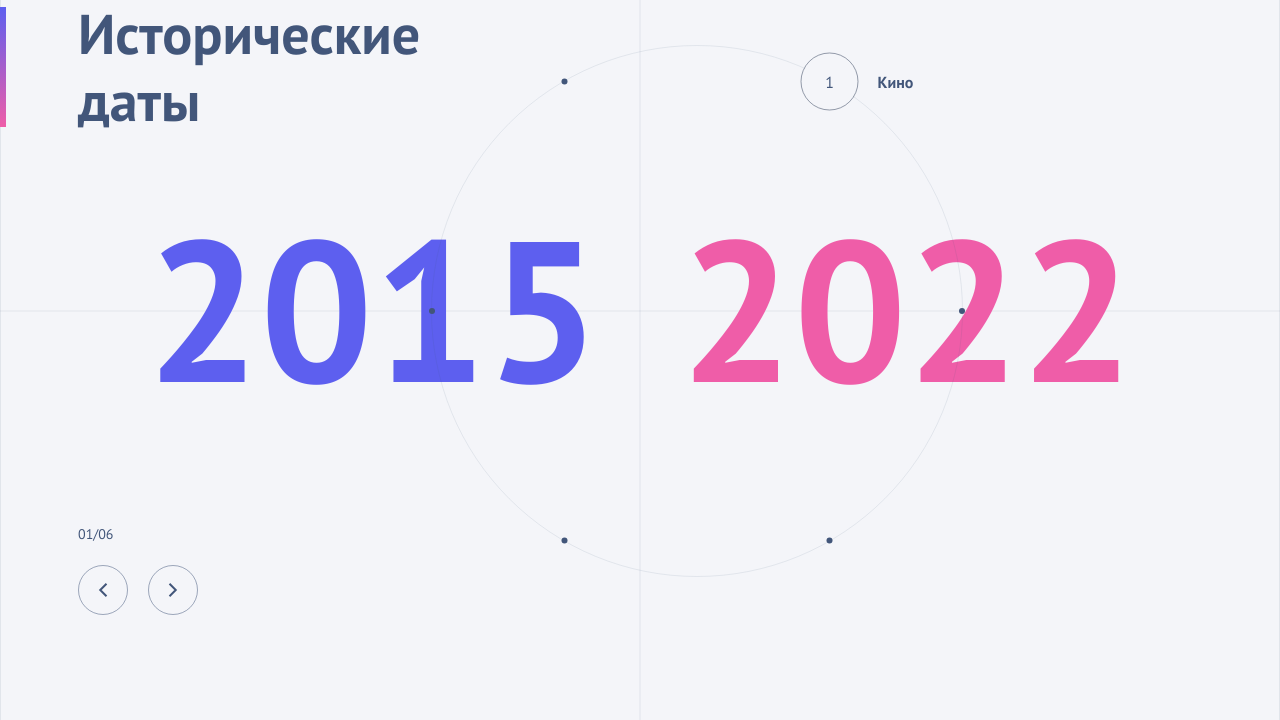
Repository: LenarTulupov/only
Page: /
These files come from the project's save history. The page is drawn as it stood at one moment and after the next save; the edit follows.
The browser window is 1280 px wide. The pictures show the whole page.
The project was rebuilt for these pictures with package versions that can differ from the ones it lists, and the page was loaded fresh each time.

Above is the page before, as saved 2024-12-17 19:01:07.

### public/index.html
<!DOCTYPE html>
<html lang="en">
  <head>
    <meta charset="utf-8" />
    <link rel="icon" href="%PUBLIC_URL%/favicon.ico" />
    <meta name="viewport" content="width=device-width, initial-scale=1" />
    <meta name="theme-color" content="#000000" />
    <meta
      name="description"
      content="Web site created using create-react-app"
    />
    <link rel="apple-touch-icon" href="%PUBLIC_URL%/logo192.png" />
    <link rel="manifest" href="%PUBLIC_URL%/manifest.json" />
    <title>Only Test</title>
  </head>
  <body>
    <noscript>You need to enable JavaScript to run this app.</noscript>
    <div id="root"></div>
  </body>
</html>

### src/index.tsx
import React from 'react';
import ReactDOM from 'react-dom/client';
import Router from './router/router';
import './globals.scss'

const root = ReactDOM.createRoot(
  document.getElementById('root') as HTMLElement
);
root.render(
  <React.StrictMode>
    <Router />
  </React.StrictMode>
);

### src/router/router.tsx
import { BrowserRouter, Route, Routes } from "react-router-dom";
import HomePage from "../pages/home/page";
import PagesLayout from "../layouts/pages-layout";

export default function Router() {
  return (
    <BrowserRouter>
      <Routes>
        <Route element={<PagesLayout />}>
          <Route path="/" element={<HomePage />} />
        </Route>
      </Routes>
    </BrowserRouter>
  )
};

### src/globals.scss
@import url('https://fonts.googleapis.com/css2?family=Bebas+Neue&family=PT+Sans:wght@400;700&display=swap');

:root {
  --background-color: #F4F5F9;
  --main-color: #42567a;
  --main-color-rgba: rgba(66, 86, 122, 0.5);
  --accent-color: #5D5FEF;
  --accent-second: #EF5DA8;
  --font-main: "PT Sans", serif;
  --font-second: "Bebas Neue", serif;
  --line-height: 150%;
  --font-size-main: 56px;
  --font-size-small: 14px;
  --font-size-big: 200px;
}
body {
  margin: 0;
  padding: 0;
  background-color: var(--background-color);
  color: var(--black-color);
  font-family: var(--font-main);
  line-height: var(--line-height);
}
ul {
  padding: 0;
  margin: 0;
}

li {
  list-style-type: none;
}

a {
  color: var(--black-color);
  text-decoration: none;
}

h1 {
  margin: 0;
}

### src/pages/home/page.tsx
import Container from "../../components/ui/container/container";
import Divider from "../../components/ui/divider/divider";
import HistorySection from "./history/history";
import styles from './page.module.scss';

export default function HomePage() {
  return (
    <div className={styles['home-page']}>
      <Container>
        <div className={styles['home-page__wrapper']}>
          <Divider
            position="vertical"
            className={styles.divider_vertical}
          />
          <HistorySection />
        </div>
      </Container>
    </div>
  )
};

### src/layouts/pages-layout.tsx
import { Outlet } from 'react-router-dom';
import styles from './pages-layout.module.scss';

export default function PagesLayout() {
  return (
    <div className={styles['pages-layout']}>
      <Outlet />
    </div>
  )
};

### src/components/ui/container/container.tsx
import { ReactNode } from "react"
import styles from './container.module.scss';

interface IContainer {
  children: ReactNode;
}

export default function Container({ children }: IContainer) {
  return (
    <div className={styles.container}>
      {children}
    </div>
  )
};

### src/components/ui/divider/divider.tsx
import styles from './divider.module.scss';

interface IDivider {
  position?: 'horizontal' | 'vertical';
  className?: string;
}

export default function Divider({
  position = 'horizontal', className }: IDivider) {
  return <div className={`
    ${styles.divider}
    ${styles[`divider_${position}`]}
    ${className || ''}
  `}/>
};

### src/pages/home/history/history.tsx
import { useState } from 'react';
import Divider from '../../../components/ui/divider/divider';
import Title from '../../../components/ui/title/title';
import Circle from './circle/circle';
import Dates from './dates/dates';
import HistorySlider from './history-slider/history-slider';
import styles from './history.module.scss';
import StepNavigation from './step-navigation/step-navigation';
import { circleItems } from '../../../constants/circle-items';

export default function HistorySection() {
  const [activeButton, setActiveButton] = useState<number>(1);
  const activeCategory = circleItems.find((item) => item.id === activeButton);
  const firstDate = activeCategory?.events.map((event) => event.year[0]);
  const lastDate = activeCategory?.events.map((event) => event.year[-1]);


  return (
    <section className={styles.history}>
      <div className={styles.history__content}>
        <div className={styles['history__content-col-1']}>
          <Title className={styles.history__title} showBefore>
            Исторические даты
          </Title>
          <StepNavigation
            className={styles['step-navigation']}
            activeButton={activeButton}
            setActiveButton={setActiveButton}
          />
        </div>
        <Circle
          className={styles.circle}
          activeButton={activeButton}
          setActiveButton={setActiveButton}
        />
        <Divider
          position="horizontal"
          className={styles.divider_horizontal}
        />
        <Dates className={styles.dates} firstDate={firstDate} lastDate={lastDate}/>
      </div>
      <HistorySlider /* activeCategory={activeCategory} */ className={styles['history-slider']} />
    </section>
  )
};

### src/pages/home/page.module.scss
.home-page {
  &__wrapper {
    position: relative;
    min-height: 100vh;
    .divider_vertical {
      position: absolute;
      top: 0;
      left: 50%;
      transform: translateX(-50%);
      z-index: -10;
    }
  }

  /* Линия слева */
  &__wrapper::before {
    content: "";
    position: absolute;
    top: 0;
    bottom: 0;
    left: 0;
    width: 1px;
    background-color: var(--main-color);
    opacity: 0.1;
  }

  /* Линия справа */
  &__wrapper::after {
    content: "";
    position: absolute;
    top: 0;
    bottom: 0;
    right: 0;
    width: 1px;
    background-color: var(--main-color);
    opacity: 0.1;
  }
  /* Линий по центру горизонтальная */

  /* Линий по центру вертикальная */
}

### src/components/ui/container/container.module.scss
.container {
  max-width: 1440px;
  margin: 0 auto;
}

### src/components/ui/divider/divider.module.scss
.divider {
  background-color: var(--main-color);
  opacity: 0.1;
  &_horizontal {
    width: 100%;
    height: 1px;
  }
  &_vertical {
    width: 1px;
    height: 100%;
  }
}

### src/components/ui/title/title.tsx
import { ReactNode } from 'react';
import styles from './title.module.scss';

interface ITitle {
  children: ReactNode;
  className?: string;
  color?: 'main' | 'blue' | 'pink';
  size?: 'main' | 'small'| 'big';
  showBefore?: boolean;
}

export default function Title({
  children,
  className,
  color = 'main',
  size = 'main',
  showBefore = false }: ITitle) {
  return (
    <h1
      className={`
        ${styles.title}
        ${className || ''}
        ${styles[`title__color-${color}`]}
        ${styles[`title__size-${size}`]}
        ${showBefore ? styles['title_before'] : ''}
      `}>
      {children}
    </h1>
  )
};

### src/pages/home/history/circle/circle.tsx
import { useEffect, useRef, Dispatch, SetStateAction } from 'react';
import { gsap } from 'gsap';
import { circleItems } from '../../../../constants/circle-items';
import styles from './circle.module.scss';

interface ICircle {
  className?: string;
  activeButton: number;
  setActiveButton: Dispatch<SetStateAction<number>>;
}

export default function Circle({ className, activeButton, setActiveButton}: ICircle) {
  const circleRef = useRef<HTMLDivElement>(null);
  const buttonsRef = useRef<HTMLDivElement[]>([]);

  const handleActiveButton = (btnId: number) => {
    setActiveButton(btnId);
  };

  useEffect(() => {
    const rotationAngle = (1 - activeButton) * 60;
    gsap.to(circleRef.current, {
      rotate: rotationAngle,
      duration: 0.5,
      ease: 'power2.out',
    });

    buttonsRef.current.forEach((btn) => {
      let buttonRotation = 0;

      switch(activeButton) {
        case 2:
          buttonRotation = 60;
          break;
        case 3:
          buttonRotation = 120;
          break;
        case 4:
          buttonRotation = 180;
          break;
        case 5:
          buttonRotation = 240;
          break;
        case 6:
          buttonRotation = 300;
          break;
        default:
          buttonRotation = 0;
          break;
      }

      gsap.to(btn, {
        rotate: buttonRotation,
        duration: 0.5,
        ease: 'power2.out',
      });
    });
  }, [activeButton]);

  return (
      <div ref={circleRef} className={`${styles.circle} ${className || ''}`}>
        {circleItems.map((item, index) => {
          const btnId = index + 1;
          return (
            <div
              key={btnId}
              ref={(el) => (buttonsRef.current[index] = el!)}
              className={`
                ${styles[`circle__btn-${btnId}`]}
                ${styles.circle__btn}
                ${activeButton === btnId ? styles.active : ''}
              `}
              onClick={() => handleActiveButton(btnId)}
            >
              {btnId}
              <span
                className={`
                  ${styles['sub-title']}
                  ${activeButton === btnId ? styles.active : ''}
                `}
              >
                {item.category}
              </span>
            </div>
          );
        })}
      </div>
  );
}

### src/pages/home/history/dates/dates.tsx
import Title from '../../../../components/ui/title/title';
import styles from './dates.module.scss';

interface IDates {
  className?: string;

}

export default function Dates({ className, firstDate, lastDate }: IDates) {
  return (
    <div className={`${styles.dates} ${className || ''}`}>
      <Title color='blue' size='big'>2015</Title>
      <Title color='pink' size='big'>2022</Title>
    </div>
  )
};

### src/pages/home/history/history-slider/history-slider.tsx
import { Swiper, SwiperSlide } from "swiper/react";
import { circleItems } from "../../../../constants/circle-items";
import SliderContent from "./slider-content/slider-content";
import { Navigation } from 'swiper/modules';
import 'swiper/css';
import 'swiper/css/navigation';

interface IHistorySlider {
  className?: string;
  // activeCategory: ;
}

export default function HistorySlider({ className, /* activeCategory */ }: IHistorySlider) {

  return (
    <div className={className || ''}>
      <Swiper
        spaceBetween={80}
        slidesPerView={3}
        modules={[Navigation]}
        navigation
      >
        {/* {activeCategory?.events.map((event) => (
          <SwiperSlide key={event.id}>
            <SliderContent year={event.year} text={event.title} />
          </SwiperSlide>
        ))} */}
      </Swiper>
    </div>
  )
};

### src/pages/home/history/history.module.scss
.history {
  &__title {
    // position: relative;
    line-height: 1.2;
    width: 353px;
    padding-left: 78px;
    height: fit-content;

  }
  &__content {
    position: relative;
    display: grid;
    grid-template-columns: repeat(3, 1fr);
    height: 615px;
    &-col-1 {
      display: flex;
      flex-direction: column;
      justify-content: space-between;
    }
  }
}
.circle {
  margin-top: 45px;
}
.divider_horizontal {
  position: absolute;
  top: calc(50% + 3px);
  left: 0;
  transform: translateY(-50%);
  z-index: -10;
}
.step-navigation {
  padding-left: 78px;
}
.history-slider {
  padding-left: 78px;
  max-width: 1200px;
}

### src/pages/home/history/step-navigation/step-navigation.tsx
import { Dispatch, SetStateAction } from "react";
import NavigationButtons from "./navigation-buttons/navigation-buttons";
import SliderStep from "./slider-step/slider-step";
import styles from './step-navigation.module.scss';

interface IStepNavigation {
  className?: string;
  activeButton: number;
  setActiveButton: Dispatch<SetStateAction<number>>;
}

export default function StepNavigation({
  className,
  activeButton,
  setActiveButton }: IStepNavigation) {

    const handleNext = () => {
      setActiveButton((p) => (p < 6 ? p + 1 : 1))
    }

    const handlePrev = () => {
      setActiveButton((p) => (p > 1 ? p - 1 : 6))
    }
  return (
    <div className={`${styles['step-navigation']} ${className || ''}`}>
      <SliderStep activeButton={activeButton} />
      <NavigationButtons
        handleNext={handleNext}
        handlePrev={handlePrev}
      />
    </div>
  )
};

### src/constants/circle-items.ts
export const circleItems = [
  {id: 1, category: 'Кино', events: [
    {
      id: 1, year: '1927', title: 'Вышел первый звуковой фильм "Певец джаза", который положил начало эре звукового кино.'
    },
    {
      id: 2, year: '1952', title: `Премьера фильма "Сингин в Рейн" стала культурным феноменом и золотым стандартом мюзиклов.`
    },
    {
      id: 3, year: '1977', title: `Премьера фильма "Звёздные войны" Джорджа Лукаса, который навсегда изменил кинематограф.`
    },
    {
      id: 4, year: '1994', title: `Появление фильма "Форрест Гамп", который стал культовым и получил шесть премий "Оскар".`
    },
    {
      id: 5, year: '2003', title: `Выпуск фильма "Властелин колец: Возвращение короля" стал эпиком в истории кино.`
    },
    {
      id: 6, year: '2020', title: `Онлайн-кинотеатр Netflix стал первым, кто получил премию "Оскар" за лучший фильм для стримингового контента — "Паразит".`
    },
  ]},
  {id: 2, category: 'Искусство', events: [
    {
      id: 1, year: '1893', title: `Открытие выставки Всемирной выставки в Чикаго, где были представлены работы Ван Гога и других знаменитых художников.`
    },
    {
      id: 2, year: '1915', title: `Выставка "Германская экспрессионистская школа" в Берлине произвела переворот в мире искусства.`
    },
    {
      id: 3, year: '1960', title: `В Нью-Йорке прошла выставка "Поп-арт", оказавшая огромное влияние на современное искусство.`
    },
    {
      id: 4, year: '1990', title: `В Лондоне прошла первая выставка группы художников "Лондонский авангард", которые стали лидерами движения.`
    },
    {
      id: 5, year: '2015', title: `Музей современного искусства MoMA представил выставку уличного художника Бэнкси, ставшую культовой.`
    },
    {
      id: 6, year: '2022', title: `В Париже прошла выставка современного искусства под открытым небом с участием известных художников и скульпторов.`
    },
  ]},
  {id: 3, category: 'Литература', events: [
    {
      id: 1, year: '1859', title: `Опубликован роман Чарльза Дарвина "Происхождение видов", который стал основой для всей современной биологии.`
    },
    {
      id: 2, year: '1936', title: `Джордж Орвелл опубликовал свою знаменитую книгу "Животные на ферме", который стал критикой тоталитаризма.`
    },
    {
      id: 3, year: '1961', title: `Роман "Убить пересмешника" Харпер Ли был признан литературным шедевром и в дальнейшем стал классикой американской литературы.`
    },
    {
      id: 4, year: '1999', title: `Книга "Гарри Поттер и философский камень" Джоан Роулинг выпущена и стала международным бестселлером.`
    },
    {
      id: 5, year: '2012', title: `Роман "50 оттенков серого" Э. Л. Джеймс стал бестселлером и получил мировое признание.`
    },
    {
      id: 6, year: '2023', title: `Вышел новый роман Гая Кавасаки, который получил признание за новую волну технологий и инноваций в литературе.`
    },
  ]},
  {id: 4, category: 'Музыка', events: [
    {
      id: 1, year: '1965', title: `Битлы выпустили альбом "Help!", который стал настоящим музыкальным событием.`
    },
    {
      id: 2, year: '1971', title: `Вышел альбом "What's Going On" Марвина Гея, ставший знаковым в истории соул-музыки.`
    },
    {
      id: 3, year: '1984', title: `Майкл Джексон выпустил альбом "Thriller", который стал самым продаваемым альбомом всех времён.`
    },
    {
      id: 4, year: '1991', title: `Группа Nirvana выпустила альбом "Nevermind", который стал основой для развития гранж-рока.`
    },
    {
      id: 5, year: '2000', title: `Бейонсе дебютировала как сольная исполнительница и выпустила свой первый альбом "Dangerously in Love".`
    },
    {
      id: 6, year: '2023', title: `Виртуальный музыкальный фестиваль в Fortnite привлёк миллионы зрителей и стал новым форматом концертов.`
    },
  ]},
  {id: 5, category: 'Архитектура', events: [
    {
      id: 1, year: '1889', title: `Построена Эйфелева башня в Париже, которая до сих пор является символом французской архитектуры.`
    },
    {
      id: 2, year: '1929', title: `Открытие знаменитого здания Крайслер-Билдинг в Нью-Йорке, ставшего одним из самых высоких в мире на тот момент.`
    },
    {
      id: 3, year: '1958', title: `Архитекторы Ле Корбюзье и Эймара Эрреры разработали проект штаб-квартиры ООН в Нью-Йорке, ставший мировым архитектурным шедевром.`
    },
    {
      id: 4, year: '1995', title: `В Сиднее завершено строительство Оперного театра, который стал знаковым архитектурным проектом 20 века.`
    },
    {
      id: 5, year: '2008', title: `В Пекине завершено строительство Олимпийского стадиона, также известного как "Птичье гнездо".`
    },
    {
      id: 6, year: '2024', title: `Архитектурное бюро Zaha Hadid Architects представило проект многофункциональной башни в Сингапуре.`
    },
  ]},
  {id: 6, category: 'Наука', events: [
    {
      id: 1, year: '1927', title: `Генри Форд внедрил конвейерное производство автомобилей, что произвело революцию в индустрии.`
    },
    {
      id: 2, year: '1953', title: `Франклин и Уилкинс открыли структуру ДНК, что положило начало молекулярной биологии.`
    },
    {
      id: 3, year: '1989', title: `Обнаружение озоновой дыры в Антарктиде стало катастрофической новостью для экологии и заставило мир обратить внимание на проблему.`
    },
    {
      id: 4, year: '2000', title: `Вступление в силу первых принципов разработки генома человека, что открыло новые возможности в генетике.`
    },
    {
      id: 5, year: '2015', title: `На Марсе найдены следы воды, что значительно усилило теории о возможности существования жизни на планете.`
    },
    {
      id: 6, year: '2024', title: `Разработка первых квантовых компьютеров с практическим применением в области ИТ и медицины.`
    },
  ]},
]

### src/components/ui/title/title.module.scss
.title {
  line-height: 150%;
  position: relative;
  &::before {
    content: "";
    position: absolute;
    top: 50%;
    transform: translateY(-50%);
    left: 0;
    height: 120px;
    width: 6px;
    background: linear-gradient(to bottom, var(--accent-color) 0%, var(--accent-second) 100%);
    visibility: hidden;
  }
  &.title_before::before {
    visibility: visible; // Показываем псевдоэлемент
  }
  &__color-main {
    color: var(--main-color);
  }

  &__color-blue {
    color: var(--accent-color);
  }

  &__color-pink {
    color: var(--accent-second);
  }

  &__size-main {
    font-size: var(--font-size-main);
  }
  &__size-small {
    font-size: var(--font-size-small);
  }

  &__size-big {
    font-size: var(--font-size-big);
  }
}

### src/pages/home/history/circle/circle.module.scss
.circle {
  position: relative;
  width: 530px;
  height: 530px;
  border: 1px solid rgba(66, 86, 122, 0.1);
  border-radius: 100%;
  display: flex;
  justify-content: center;
  align-items: center;
  transform-origin: center;
}

.circle__btn {
  position: absolute;
  display: flex;
  align-items: center;
  justify-content: center;
  width: 6px;
  height: 6px;
  border: none;
  background-color: var(--main-color);
  border-radius: 100%;
  color: var(--main-color);
  line-height: 30px;
  font-size: 0;
  cursor: pointer;
  transition: width .3s ease-in-out, height .3s ease-in-out, font-size .3s ease-in-out;

  &::before {
    content: "";
    position: absolute;
    top: 50%;
    left: 50%;
    transform: translate(-50%, -50%);
    width: 25px;
    height: 25px;
    border-radius: 100%;
    background: transparent;
  }

  .sub-title {
    position: absolute;
    top: 50%;
    left: 0;
    transform: translateY(-50%);
    margin-left: 76px;
    font-weight: bold;
    opacity: 0;
    transition: opacity 0.3s ease-in-out;
  }

  .sub-title.active {
    opacity: 1;
  }

  &:hover,
  &.active {
    width: 56px;
    height: 56px;
    font-size: 16px;
    background-color: #F4F5F9;
    outline: 1px solid rgba(48, 62, 88, 0.5);
  }

  &-1 {
    transform: rotate(300deg) translateX(265px) rotate(60deg);
  }

  &-2 {
    transform: rotate(0deg) translateX(265px) rotate(0deg);
  }

  &-3 {
    transform: rotate(60deg) translateX(265px) rotate(-60deg);
  }

  &-4 {
    transform: rotate(120deg) translateX(265px) rotate(-120deg);
  }

  &-5 {
    transform: rotate(180deg) translateX(265px) rotate(-180deg);
  }

  &-6 {
    transform: rotate(240deg) translateX(265px) rotate(-240deg);
  }
}

### src/pages/home/history/dates/dates.module.scss
.dates {
  position: absolute;
  top: 50%;
  left: 50%;
  transform: translate(-50%, -50%);
  display: flex;
  gap: 80px;
  z-index: -1;
}

### src/pages/home/history/step-navigation/navigation-buttons/navigation-buttons.tsx
import ArrowButton from '../../../../../components/ui/arrow-button/arrow-button';
import styles from './navigation-buttons.module.scss';

interface INavigationButtons {
  handleNext: () => void;
  handlePrev: () => void;
}

export default function NavigationButtons({ handleNext, handlePrev}: INavigationButtons) {
  return (
    <div className={styles['navigation-buttons']}>
      <ArrowButton onClick={handlePrev}/>
      <ArrowButton rotation='right' onClick={handleNext}/>
    </div>
  )
};

### src/pages/home/history/step-navigation/slider-step/slider-step.tsx
import Title from "../../../../../components/ui/title/title";
import styles from './slider-step.module.scss';

interface ISliderStep {
  activeButton: number;
}

export default function SliderStep({ activeButton }: ISliderStep) {
  return <Title size="small" className={styles.font}>0{activeButton}/06</Title>
};

### src/pages/home/history/step-navigation/step-navigation.module.scss
.step-navigation {
  display: flex;
  flex-direction: column;
  row-gap: 20px;
}

### src/components/ui/arrow-button/arrow-button.tsx
import styles from './arrow-button.module.scss';

interface IArrowButton {
  rotation?: 'right'
  onClick: () => void;
}

export default function ArrowButton({rotation, onClick}: IArrowButton ) {
  return (
    <button
      className={`${styles['arrow-button']} ${styles[rotation]}`}
      onClick={onClick}
    >
      <img src='/arrow.svg' alt="arrow" />
    </button>
  )
};

### src/pages/home/history/step-navigation/navigation-buttons/navigation-buttons.module.scss
.navigation-buttons {
  display: flex;
  column-gap: 20px;
}

### src/pages/home/history/step-navigation/slider-step/slider-step.module.scss
.font {
  font-weight: 400;
}

### src/components/ui/arrow-button/arrow-button.module.scss
.arrow-button {
  width: 50px;
  height: 50px;
  display: flex;
  align-items: center;
  justify-content: center;
  border: 1px solid var(--main-color-rgba);
  background-color: transparent;
  border-radius: 100%;
  cursor: pointer;
}

.right {
  transform: rotate(180deg);
}

Loaded but not shown: src/layouts/pages-layout.module.scss (no stored copy; drawn as an empty file)

After the next save:
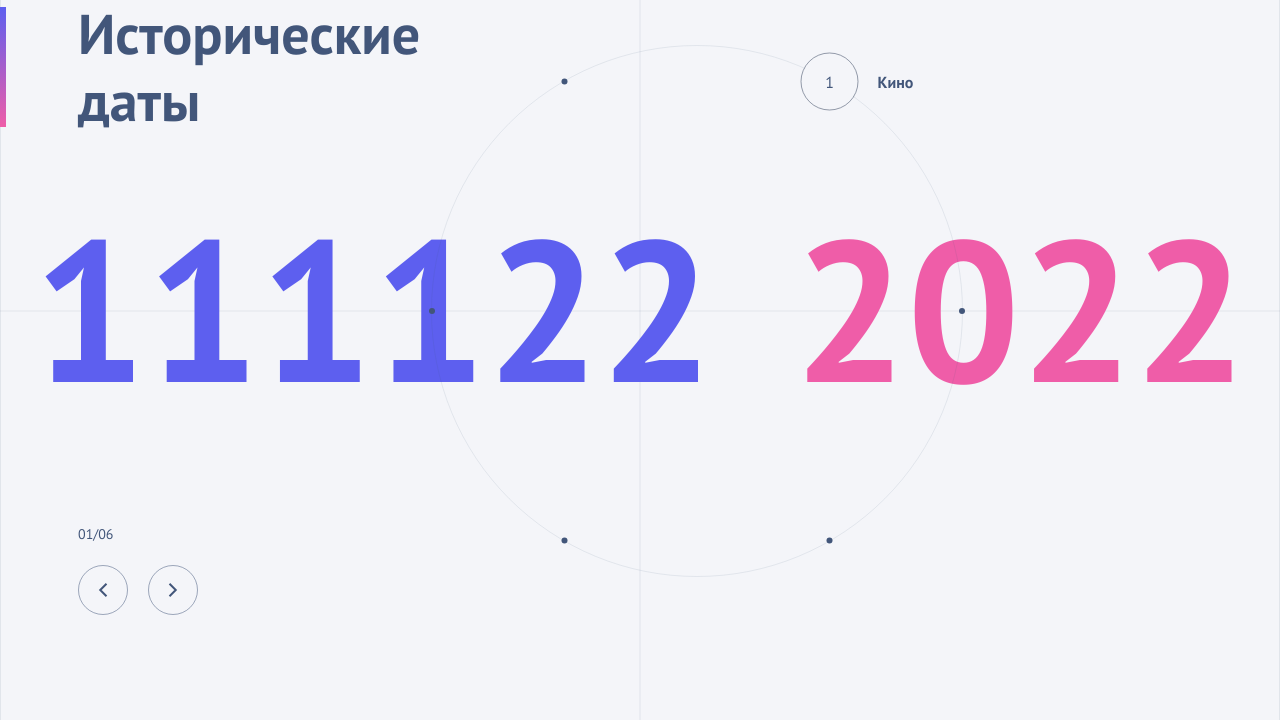
Saved 5 s later.
--- a/src/pages/home/history/dates/dates.tsx
+++ b/src/pages/home/history/dates/dates.tsx
@@ -9,7 +9,7 @@ interface IDates {
 export default function Dates({ className, firstDate, lastDate }: IDates) {
   return (
     <div className={`${styles.dates} ${className || ''}`}>
-      <Title color='blue' size='big'>2015</Title>
+      <Title color='blue' size='big'>{firstDate}</Title>
       <Title color='pink' size='big'>2022</Title>
     </div>
   )
